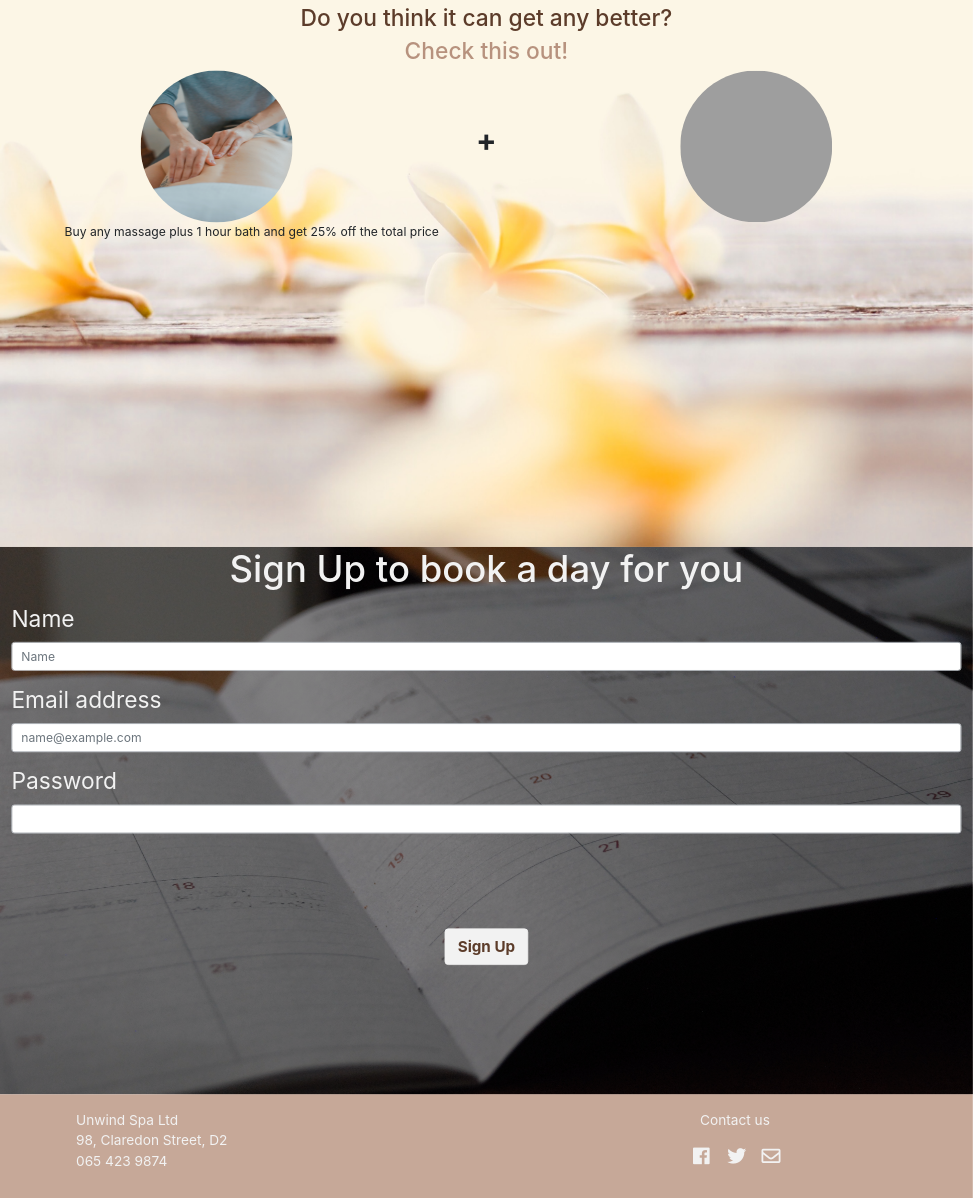
Repository: Code-Institute-Submissions/spa-website
Page: index.html
The author's editor kept a record of every edit. The page is drawn from the files as they stood at one moment, then again after the next edit.
The browser window is 1280 px wide. The pictures show the part of the page from y = 3151 to 4728 px (the page is 4728 px tall), at 76% of full size.
Pictures or frames that could not be fetched are drawn as grey boxes. An inner scrolling area shows only its first screen. Backgrounds fixed to the window are drawn as part of the page. Some web libraries are served in a nearby version.

Above is the page before.

After the next edit:
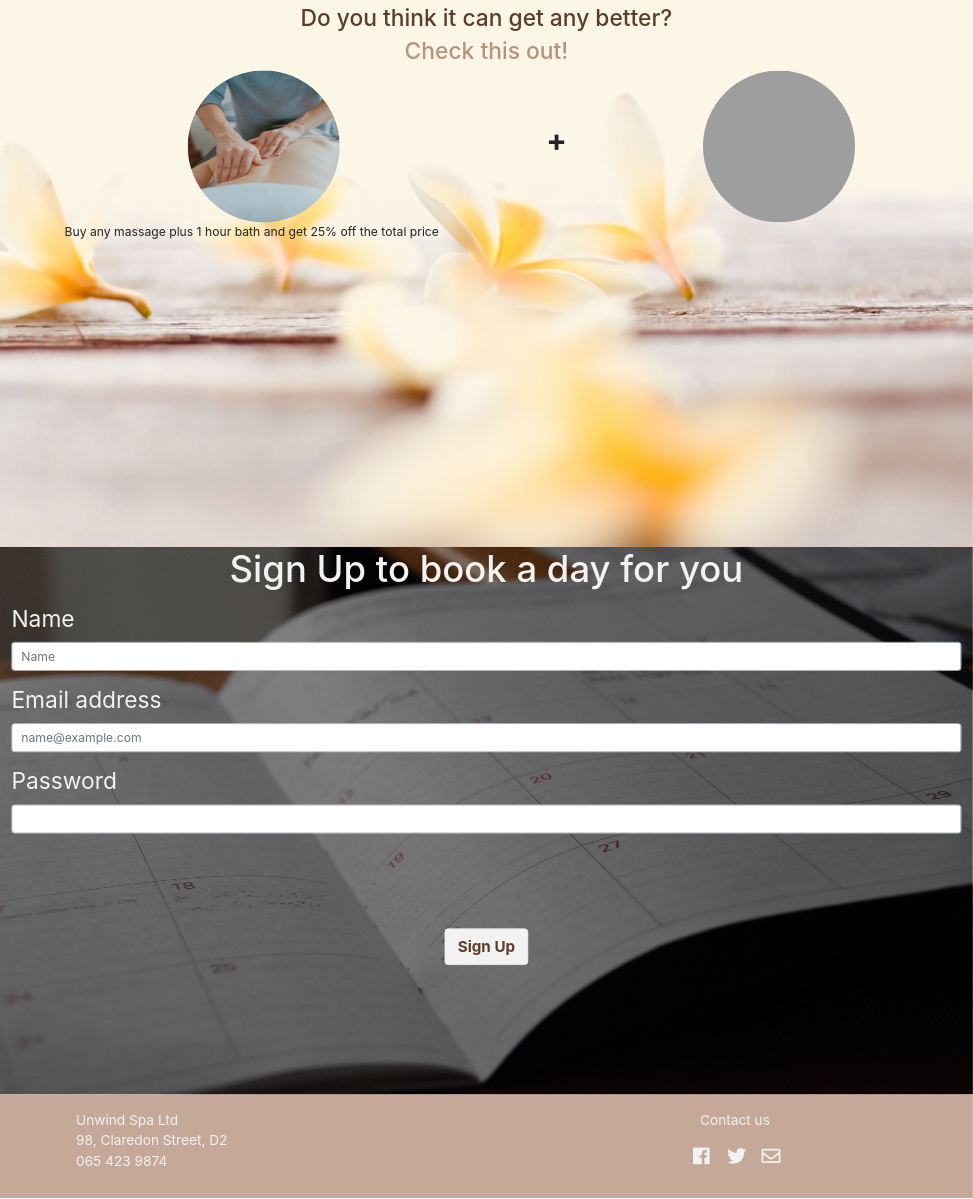
The edit:
--- a/index.html
+++ b/index.html
@@ -217,7 +217,7 @@
           <h3 id="secondtop">Check this out!</h3>
         </div>
         <div class="row" id="roundpics">
-          <div class="col-sm-3">
+          <div class="col-sm-5">
             <img src="images/massagepic.jpg" class="rounded-circle" alt="massage">
           </div>
           <div class="col-sm-2">
